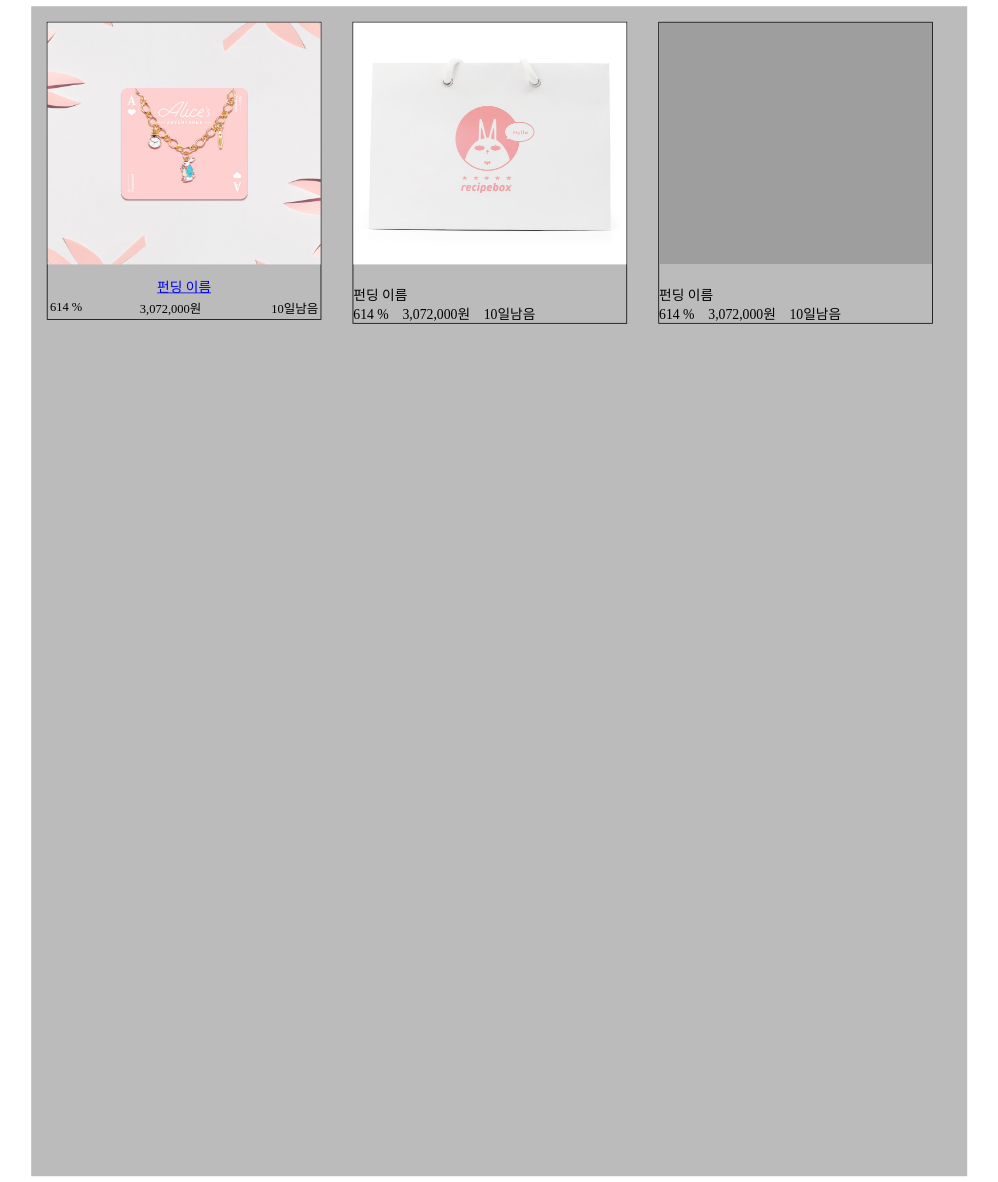
Repository: GroundPark/team6
Page: http://localhost/lefthand/page/product/funding_list.jsp
An editor plug-in stored every save of this project. The page is shown before and after the next save, followed by the edit.
The browser window is 1280 px wide. The pictures show the whole page, at 78% of full size.
Pictures or frames that could not be fetched are drawn as grey boxes. The page is served by Tomcat 9. Other server files are loaded and not shown.

Above is the page before, as saved 2021-11-20 17:20:55.

### lefthand/WebContent/page/product/funding_list.jsp
<%@ page language="java" contentType="text/html; charset=UTF-8" pageEncoding="UTF-8"%>


<style>

.funding_contents {
	width:1200px; height:1500px;  margin: 0 auto;
	background-color:#bbbbbb;

}

.funding { margin:20px; border:1px black solid; float:left; font-size:1.1em; }

</style>


<div class="funding_contents">
<div class="funding">
	<a href="#"><img src="../funding/img/fd101_info_1.jpg" style="width:350px; height:310px; padding-bottom:15px;" /></a>
	<div style="text-align:center;"><a href="#">펀딩 이름</a></div>
	<table width="100%">
		<tr><td style="text-align:left">614 %</td><td style="text-align:center">3,072,000원</td><td style="text-align:right">10일남음</td></tr>
	</table>
</div>

<div class="funding">
	<img src="../funding/img/fd101_info_2.jpg" style="width:350px; height:310px; padding-bottom:25px;" /><br />
	펀딩 이름<br />614 % &nbsp;&nbsp; 3,072,000원 &nbsp;&nbsp; 10일남음
</div>

<div class="funding">
	<img src="../funding/img/fd101_info_3.jpg" style="width:350px; height:310px; padding-bottom:25px;" /><br />
	펀딩 이름<br />614 % &nbsp;&nbsp; 3,072,000원 &nbsp;&nbsp; 10일남음
</div>
</div>

After the next save:
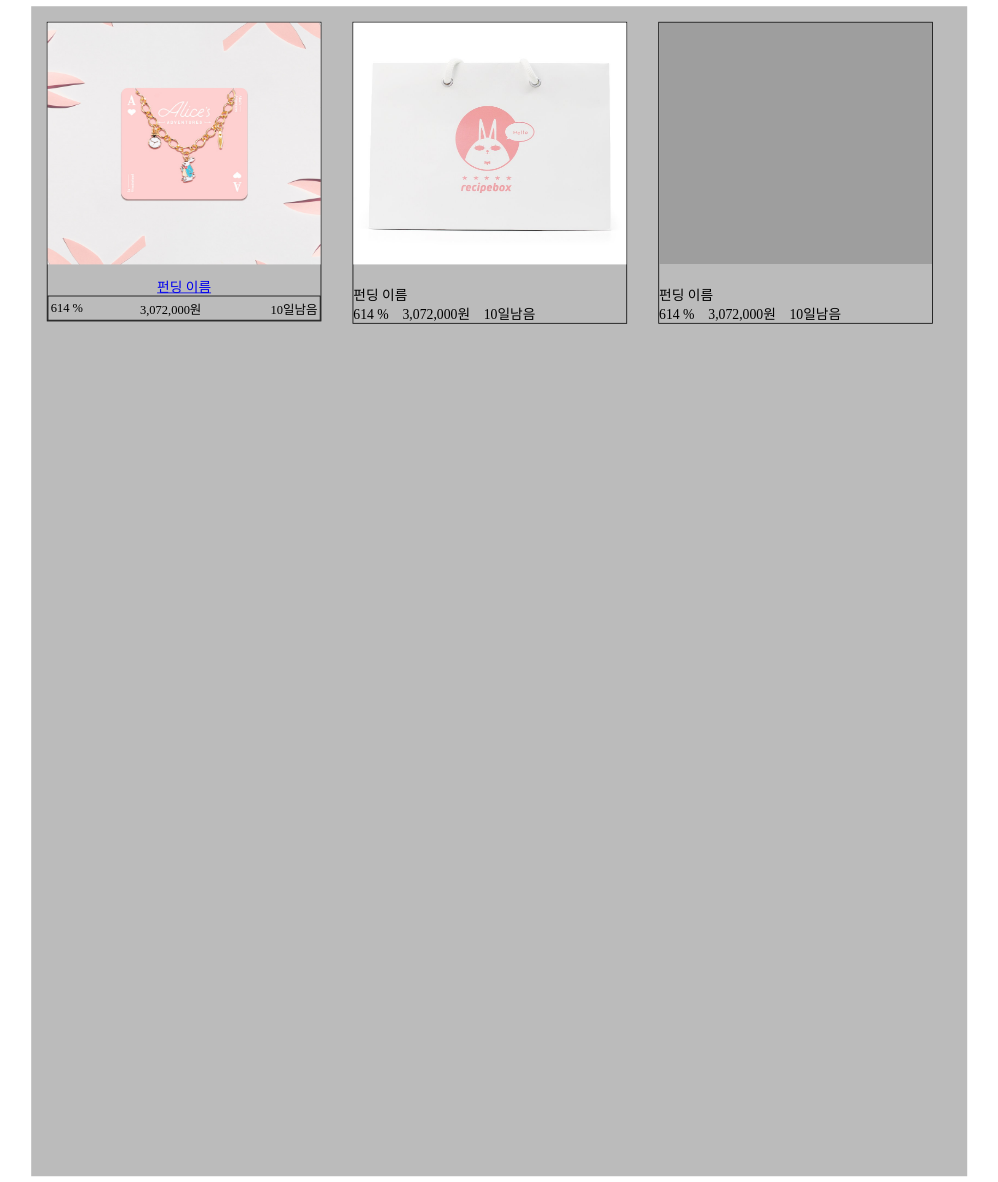
Saved 48 s later.
--- a/lefthand/WebContent/page/product/funding_list.jsp
+++ b/lefthand/WebContent/page/product/funding_list.jsp
@@ -18,7 +18,7 @@
 <div class="funding">
 	<a href="#"><img src="../funding/img/fd101_info_1.jpg" style="width:350px; height:310px; padding-bottom:15px;" /></a>
 	<div style="text-align:center;"><a href="#">펀딩 이름</a></div>
-	<table width="100%">
+	<table width="100%" style="border:1px black solid;">
 		<tr><td style="text-align:left">614 %</td><td style="text-align:center">3,072,000원</td><td style="text-align:right">10일남음</td></tr>
 	</table>
 </div>

After the save that followed:
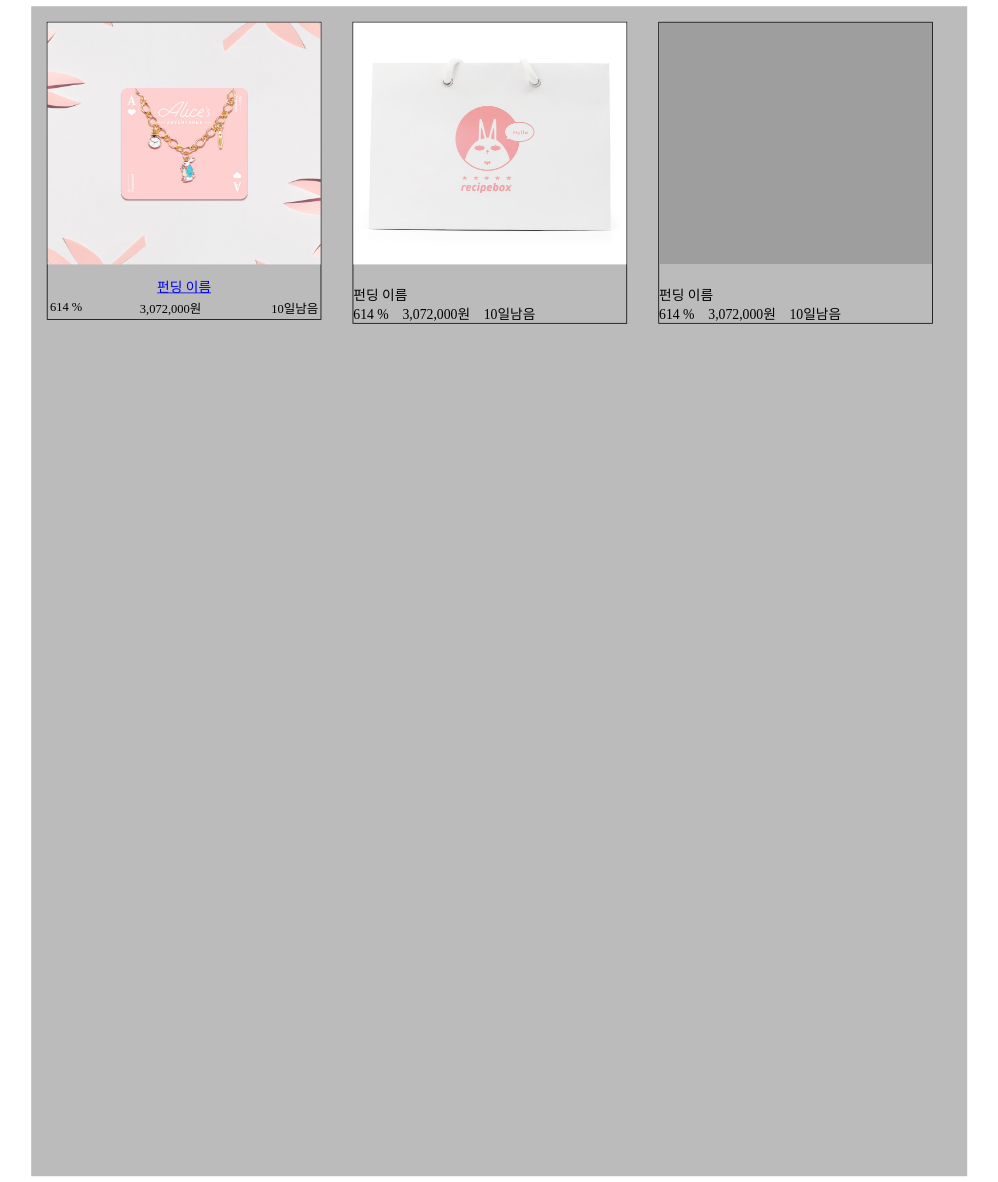
Saved 93 s later.
--- a/lefthand/WebContent/page/product/funding_list.jsp
+++ b/lefthand/WebContent/page/product/funding_list.jsp
@@ -18,7 +18,7 @@
 <div class="funding">
 	<a href="#"><img src="../funding/img/fd101_info_1.jpg" style="width:350px; height:310px; padding-bottom:15px;" /></a>
 	<div style="text-align:center;"><a href="#">펀딩 이름</a></div>
-	<table width="100%" style="border:1px black solid;">
+	<table width="100%">
 		<tr><td style="text-align:left">614 %</td><td style="text-align:center">3,072,000원</td><td style="text-align:right">10일남음</td></tr>
 	</table>
 </div>
